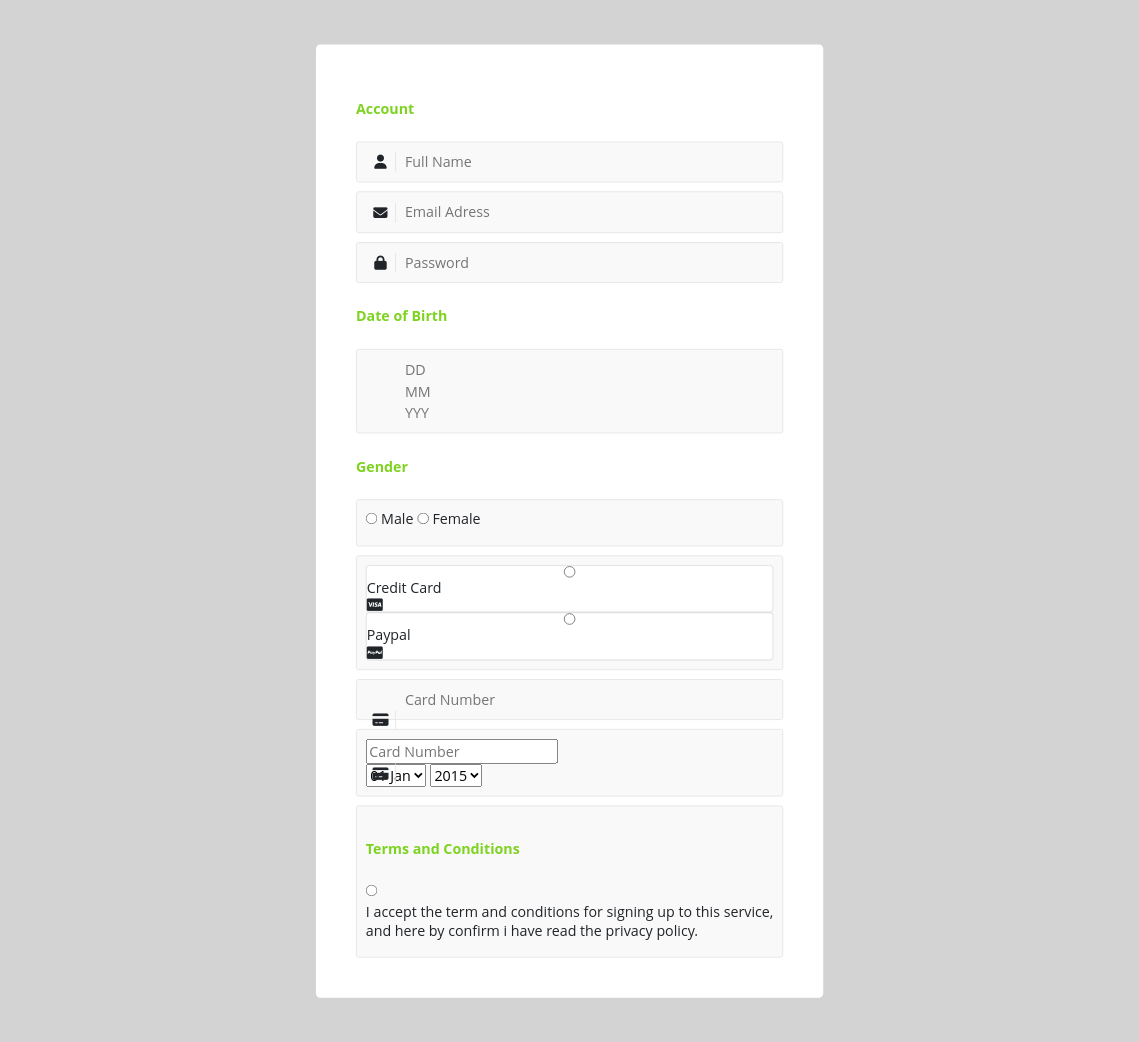
Repository: letrongtinh27/LapTrinhWeb
Page: Payment/index.html
The author's editor kept a copy of each file at every save. The page is drawn from the files as they stood at one save, then again after the next save.
The browser window is 1280 px wide. The pictures show the whole page, at 89% of full size.

Above is the page before, as saved 2022-10-11 20:53:19.

### Payment/index.html
<!DOCTYPE html>
<html lang="en">
<head>
    <meta charset="UTF-8">
    <meta http-equiv="X-UA-Compatible" content="IE=edge">
    <meta name="viewport" content="width=device-width, initial-scale=1.0">
    <title>Document</title>
    <link rel="stylesheet" href="./reset.css">
    <link rel="stylesheet" href="./style.css">
    <link rel="stylesheet" href="https://cdn.jsdelivr.net/npm/bootstrap@4.3.1/dist/css/bootstrap.min.css" integrity="sha384-ggOyR0iXCbMQv3Xipma34MD+dH/1fQ784/j6cY/iJTQUOhcWr7x9JvoRxT2MZw1T" crossorigin="anonymous">
    <link rel="stylesheet" href="https://cdnjs.cloudflare.com/ajax/libs/font-awesome/6.2.0/css/all.min.css" integrity="sha512-xh6O/CkQoPOWDdYTDqeRdPCVd1SpvCA9XXcUnZS2FmJNp1coAFzvtCN9BmamE+4aHK8yyUHUSCcJHgXloTyT2A==" crossorigin="anonymous" referrerpolicy="no-referrer" />
</head>
<body>
    <div class="payment">
        <form action="#" class="form-payment">
            <h4 class="title">Account</h4>
            <div class="form-group">
            <div class="form-item">
                <input type="text" placeholder="Full Name">
                <div class="icon icon-name">
                    <i class="fa-solid fa-user"></i>
                </div>
            </div>
            <div class="form-item">
                <input type="email" placeholder="Email Adress">
                <div class="icon icon-email">
                    <i class="fa-solid fa-envelope"></i>
                </div>
            </div>
            <div class="form-item">
                <input type="password" placeholder="Password">
                <div class="icon icon-pass">
                    <i class="fa-solid fa-lock"></i>
                </div>
            </div>
        </div>
            <div class="form-group2">
                <div class="group-left">
                <h4 class="title">Date of Birth</h4>
                <div class="form-item">
                    <input type="number" placeholder="DD">
                    <input type="number" placeholder="MM">
                    <input type="number" placeholder="YYY">
                </div>
            </div>
            <div class="group-right">
                <h4 class="title">Gender</h4>
                <div class="form-item">
                    <input type="radio" placeholder="DD">
                    <label for="">Male</label>
                    <input type="radio" placeholder="MM">
                    <label for="">Female</label>
                </div>
            </div>
            <div class="form-item">
                <div class="card">
                    <input type="radio"> Credit Card
                    <i class="fa-brands fa-cc-visa"></i>
                </div>
                <div class="card">
                    <input type="radio"> Paypal
                    <i class="fa-brands fa-cc-paypal"></i>
                </div>
                </div>
                <div class="form-item">
                    <input type="text" placeholder="Card Number">
                    <div class="icon">
                        <i class="fa-solid fa-credit-card"></i>
                    </div>
                </div>
                <div class="form-item">
                   <div class="right">
                    <input type="text" placeholder="Card Number">
                    <div class="icon">
                        <i class="fa-solid fa-credit-card"></i>
                    </div>
                   </div>
                   <div class="left">
                    <select name="" id="">
                        <option value="">01 Jan</option>
                        <option value="">02 Jan</option>
                    </select>
                    <select name="" id="">
                        <option value="">2015</option>
                        <option value="">2016</option>
                    </select>
                   </div>
                </div>
                <div class="form-item">
                    <h4 class="title">Terms and Conditions</h4>
                    <input type="radio">
                    <label for="">I accept the term and conditions for signing up to this service, and here by confirm i have read the privacy policy.</label>
                </div>
            </div>
            </div>
        </form>
    </div>
</body>
</html>

### Payment/style.css
/* https://codepen.io/josecarneiro/pen/Kwbapp @import: "libs/base.less"; */
body {
    font-family: 'Open Sans',sans-serif !important;
    background-color: lightgray !important;
}
.payment{
    width: 100%;
    max-width: 570px;
    margin: 50px auto;
    justify-content: center;
    align-items: center;
    display: flex;
    border-radius: 5px;
    background-color: #fff;
    padding: 35px 45px;
}
.form-payment{
    font-family: 'Open Sans',sans-serif;
}
.title{
    color: #7ed321;
    font-size: 16px;
    font-weight: bold;
    line-height: 1.5;
    margin: 25px 0px;
}
.form-group{
    position: relative;

}
.form-item {
    width: 100%;
    padding: 10px;
    line-height: 1.4;
    border: 1px solid #e5e5e5;
    border-radius: 3px;
    background-color: #f9f9f9;
    margin-bottom: 10px;
}

.form-item > input{
    padding-left: 44px;
    border: 0;
    outline: none;
    background-color: #f9f9f9;
    margin: 0 auto;
}

.icon {
    display: block;
    position: absolute;
    width: 34px;
    text-align: center;
    border-right: 1px solid #e5e5e5;
}
.icon-name{
    top: 12px;
}
.icon-email{
    top: 69px;
}

.icon-pass {
    top: 125px;
}

.form-item .icon-card {

}
.fa-solid{

}
.fa-user{

}
.fa-envelope{

}
.fa-lock{

}
.form-group2{

}
.group-left{

}
.group-right{

}
.card{

}
.fa-brands{

}
.fa-cc-visa{

}
.fa-cc-paypal{

}
.fa-credit-card{

}
.right{

}
.left{

}

Loaded but not shown: Payment/reset.css (common file)

After the next save:
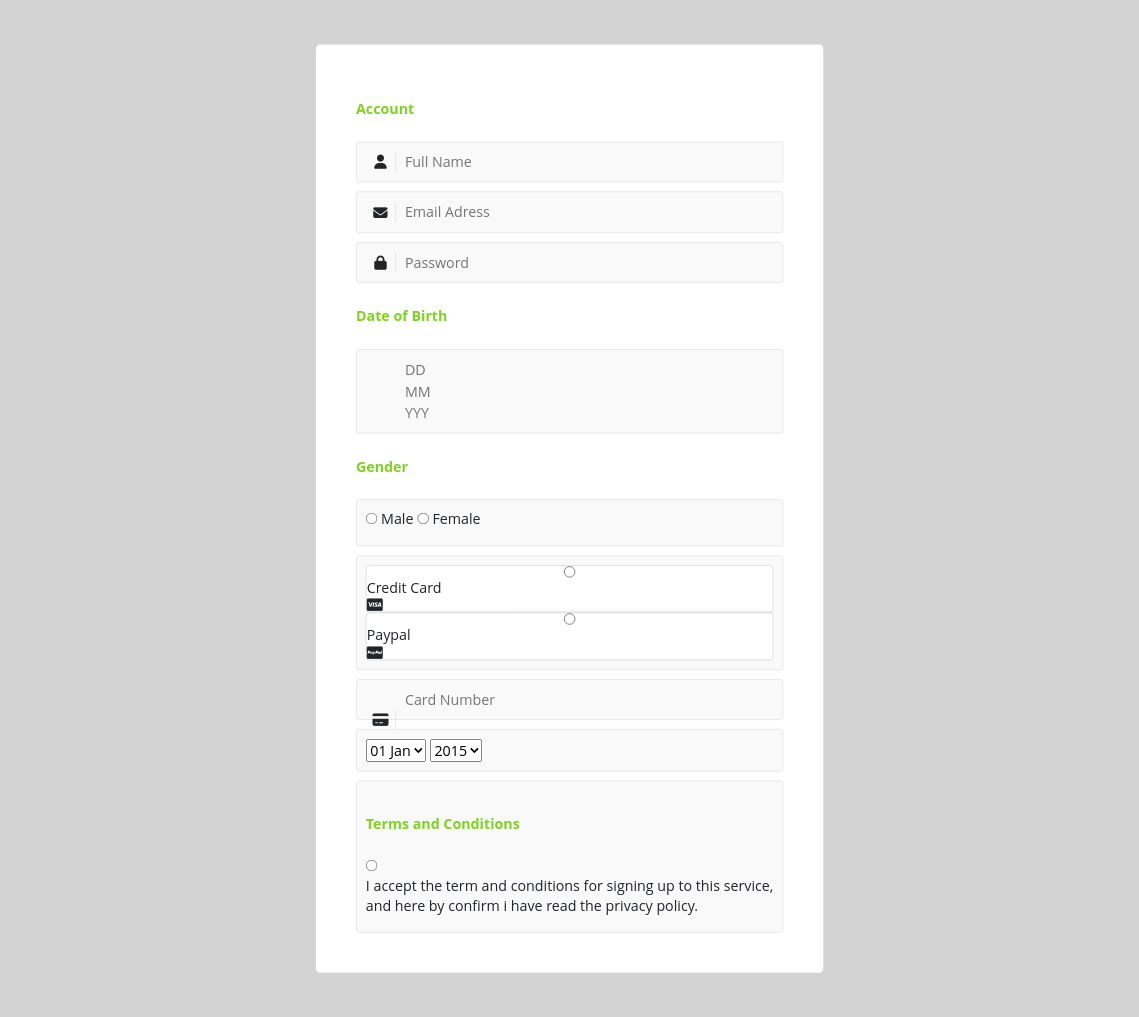
Saved 54 s later.
--- a/Payment/index.html
+++ b/Payment/index.html
@@ -64,17 +64,11 @@
                 </div>
                 <div class="form-item">
                     <input type="text" placeholder="Card Number">
-                    <div class="icon">
+                    <div class="icon icon-card">
                         <i class="fa-solid fa-credit-card"></i>
                     </div>
                 </div>
                 <div class="form-item">
-                   <div class="right">
-                    <input type="text" placeholder="Card Number">
-                    <div class="icon">
-                        <i class="fa-solid fa-credit-card"></i>
-                    </div>
-                   </div>
                    <div class="left">
                     <select name="" id="">
                         <option value="">01 Jan</option>
